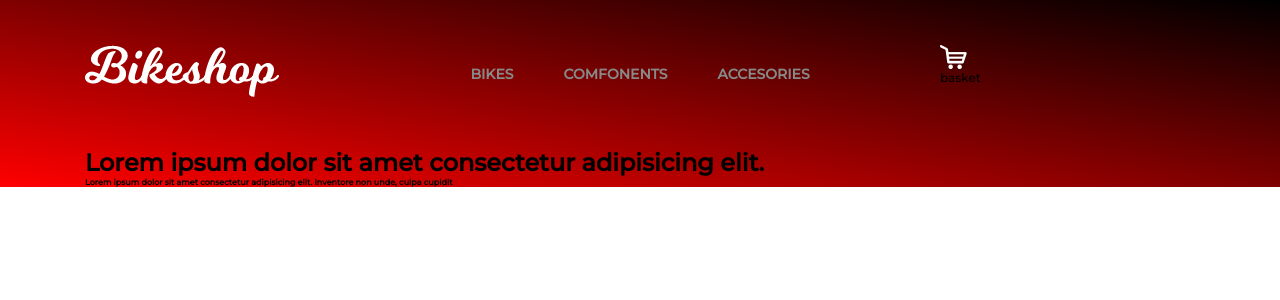
Repository: vanphongnguyen1/webDemo
Page: Bikeshop/index.html
The author's editor kept a copy of each file at every save. The page is drawn from the files as they stood at one save, then again after the next save.
The browser window is 1280 px wide. The pictures show the whole page.
The style sheet was rebuilt from its Sass, Less or Tailwind sources for each picture, by a compiler version that may differ from the author's.

Above is the page before, as saved 2020-09-04 13:53:21.

### Bikeshop/index.html
<!DOCTYPE html>
<html lang="en">
<head>
    <meta charset="UTF-8">
    <meta name="viewport" content="width=device-width, initial-scale=1.0">
    <title>Document</title>
    <link href="https://fonts.googleapis.com/css2?family=Montserrat:wght@300;500&display=swap" rel="stylesheet">
    <link rel="stylesheet" href="./css/bootstrap-grid.min.css">
    <link rel="stylesheet" href="./css/style.css">
</head>
<body>
    <header>
        <div class="container">
            <div class="nav">
                <div class="row">
                    <div class="col-3">
                        <div class="logo">
                            <img src="./img/logo-text.png" alt="#Text Logo">
                        </div>
                    </div>
                    <div class="col-6">
                        <div class="menu">
                            <ul class="menu__list">
                                <li class="menu__item">
                                    <a href="" class="menu__text">bikes</a>
                                </li>
                                <li class="menu__item">
                                    <a href="" class="menu__text">comfonents</a>
                                </li>
                                <li class="menu__item">
                                    <a href="" class="menu__text">accesories</a>
                                </li>
                            </ul>
                        </div>
                    </div>
                    <div class="col-3">
                        <div class="card">
                            <a href="" class="card__table">
                                <img src="./img/icon.png" alt="#Product">
                                <span class="card__text">basket</span>
                            </a>
                        </div>
                    </div>
                </div>
            </div>
            <div class="heading__title">
                <h1>Lorem ipsum dolor sit amet consectetur adipisicing elit.</h1>
                <h6>Lorem ipsum dolor sit amet consectetur adipisicing elit. Inventore non unde, culpa cupidit</h6>
            </div>
        </div>
    </header>
</body>
</html>

### Bikeshop/sass/style.scss
@import './abstracts/varliber';
@import './base/base';
@import './components/header';

### Bikeshop/sass/abstracts/_varliber.scss
$bg-btn: #3c3c3c;
$color-grey: #888888;
$color-grey-line: #c2c1c1;
$color-with: #ffffff;
$color-black: #000000;
$font-Montserrat: 'Montserrat', sans-serif;

### Bikeshop/sass/base/_base.scss
* {
    margin: 0;
    padding: 0;
    box-sizing: border-box;
    outline: none;
}
html {
    font-size: 10px;
}
body {
    font-size: 1.2rem;
    font-family: $font-Montserrat;
}
a {
    text-decoration: none;
    color: inherit;
}
input, button, textarea {
    font-family: inherit;
}
ul {
    margin: 0;
    padding: 0
}
h1, h2, h3, h4, h5, h6, p {
    margin: 0;
    padding: 0;
    line-height: inherit
}
img {
    max-width: 100%;
    display: block;
}

### Bikeshop/sass/components/_header.scss
header {
    background-image: linear-gradient(to top right,red,black),;
    .nav {
        padding: 4.5rem 0;
        .logo {}
        .menu {
            &__list {
                text-transform: uppercase;
                display: flex;
                justify-content: center;
                align-items: center;
                padding: 1rem 0;
            }
            &__item {
                font-size: 1.4rem;
                display: inline-block;
                padding: 1rem 2.5rem;
                font-weight: 600;
            }
            &__text {
                color: $color-grey;
                &:hover {
                    color: $color-with;
                }
            }
        }
    }
}

Loaded but not shown: Bikeshop/css/bootstrap-grid.min.css (library)

After the next save:
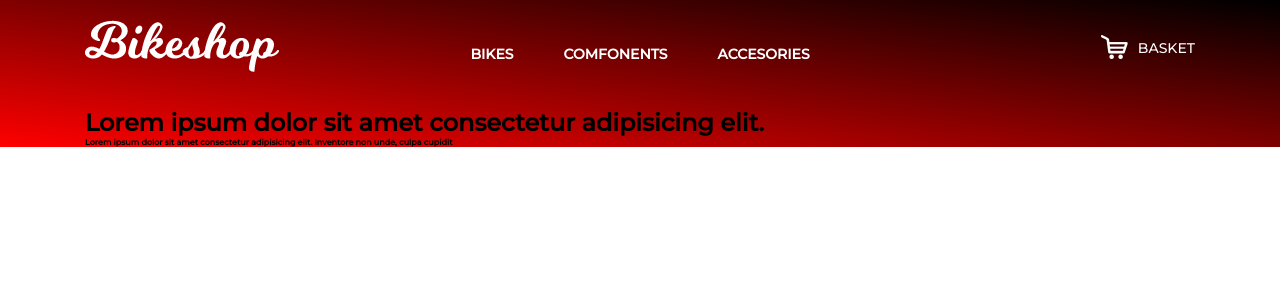
Saved 12 min 45 s later.
--- a/Bikeshop/sass/components/_header.scss
+++ b/Bikeshop/sass/components/_header.scss
@@ -1,7 +1,7 @@
 header {
     background-image: linear-gradient(to top right,red,black),;
     .nav {
-        padding: 4.5rem 0;
+        padding: 2rem 0;
         .logo {}
         .menu {
             &__list {
@@ -9,7 +9,7 @@ header {
                 display: flex;
                 justify-content: center;
                 align-items: center;
-                padding: 1rem 0;
+                padding: 1.5rem 0;
             }
             &__item {
                 font-size: 1.4rem;
@@ -18,9 +18,25 @@ header {
                 font-weight: 600;
             }
             &__text {
-                color: $color-grey;
+                color: $color-with;
                 &:hover {
+                    color: $color-grey;
+                }
+            }
+        }
+        .card{
+            text-align: right;
+            text-align: -webkit-right;
+            padding: 1.5rem 0;
+            &__table {
+                display: flex;
+                justify-content: flex-end;
+                align-items: center;
+                span {
+                    font-size: 1.4rem;
+                    text-transform: uppercase;
                     color: $color-with;
+                    margin-left: 1rem;
                 }
             }
         }
